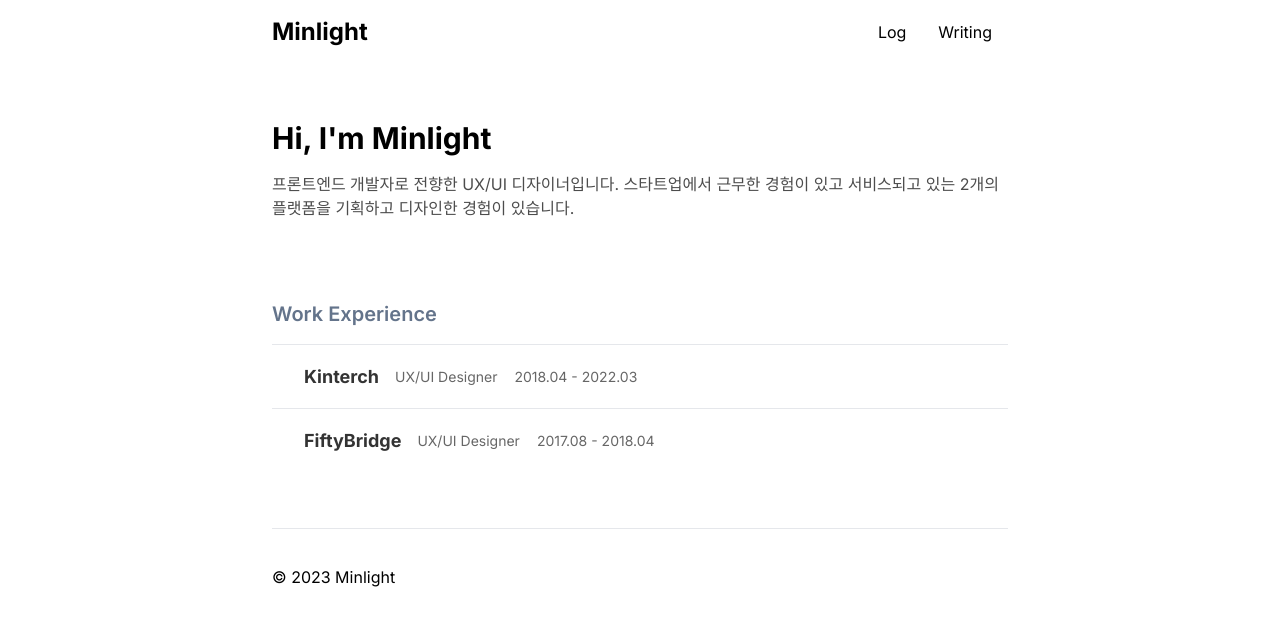
Repository: kwngmin/minlight-log
Page: /
An editor plug-in stored every save of this project. The page is shown before and after the next save, followed by the edit.
The browser window is 1280 px wide. The pictures show the whole page.
The project was rebuilt for these pictures with package versions that can differ from the ones it lists, and the page was loaded fresh each time. The framework's server and built-in components were replaced by stand-ins that run in the browser. Also part of the build but not shown: next.config.js.

Above is the page before, as saved 2023-04-04 16:26:09.

After the next save:
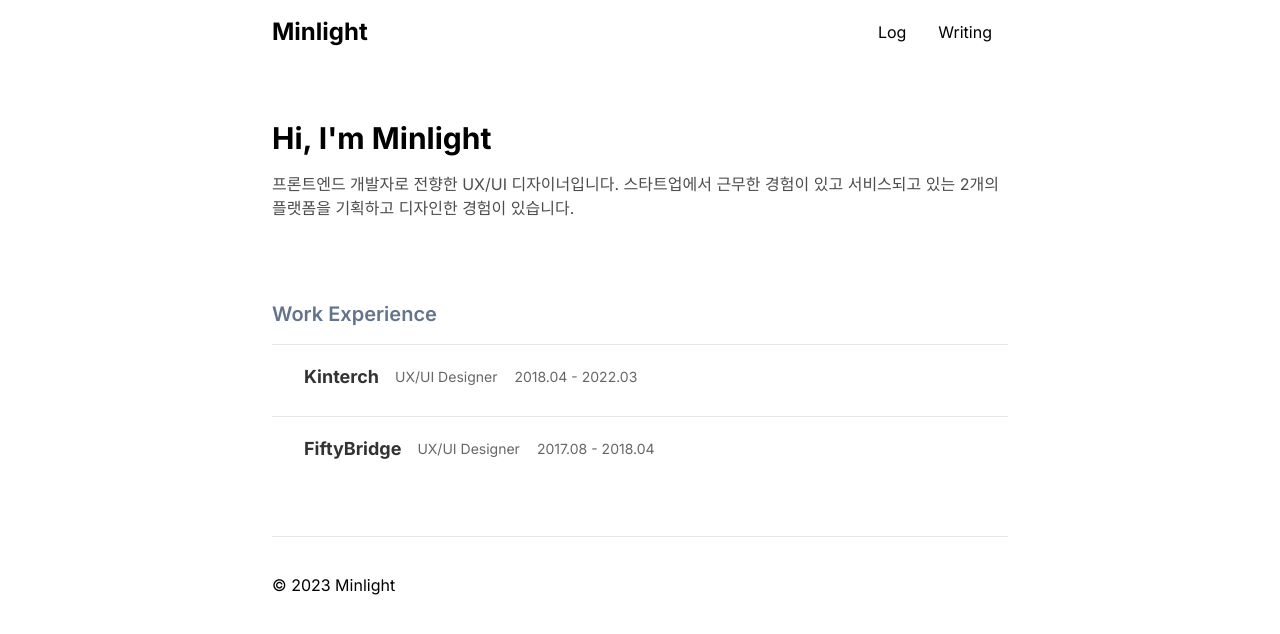
Saved 7 s later.
--- a/src/components/Table.tsx
+++ b/src/components/Table.tsx
@@ -17,7 +17,7 @@ export default function Table({ tableData, subject }: Props) {
         {tableData.map(({ head, content, period }) => (
           <li
             key={head}
-            className="flex flex-col lg:flex-row lg:items-center justify-center lg:justify-start h-20 lg:h-16 border-t gap-0 lg:gap-4 px-4 lg:px-8"
+            className="flex flex-col lg:flex-row lg:items-center justify-center lg:justify-start h-20 lg:h-16 border-t gap-0 lg:gap-4 px-4 lg:px-8 mb-2"
           >
             <h3 className="font-bold text-lg text-black/80">{head}</h3>
             <section className="text-black/60 text-center lg:text-left flex items-center text-sm">
